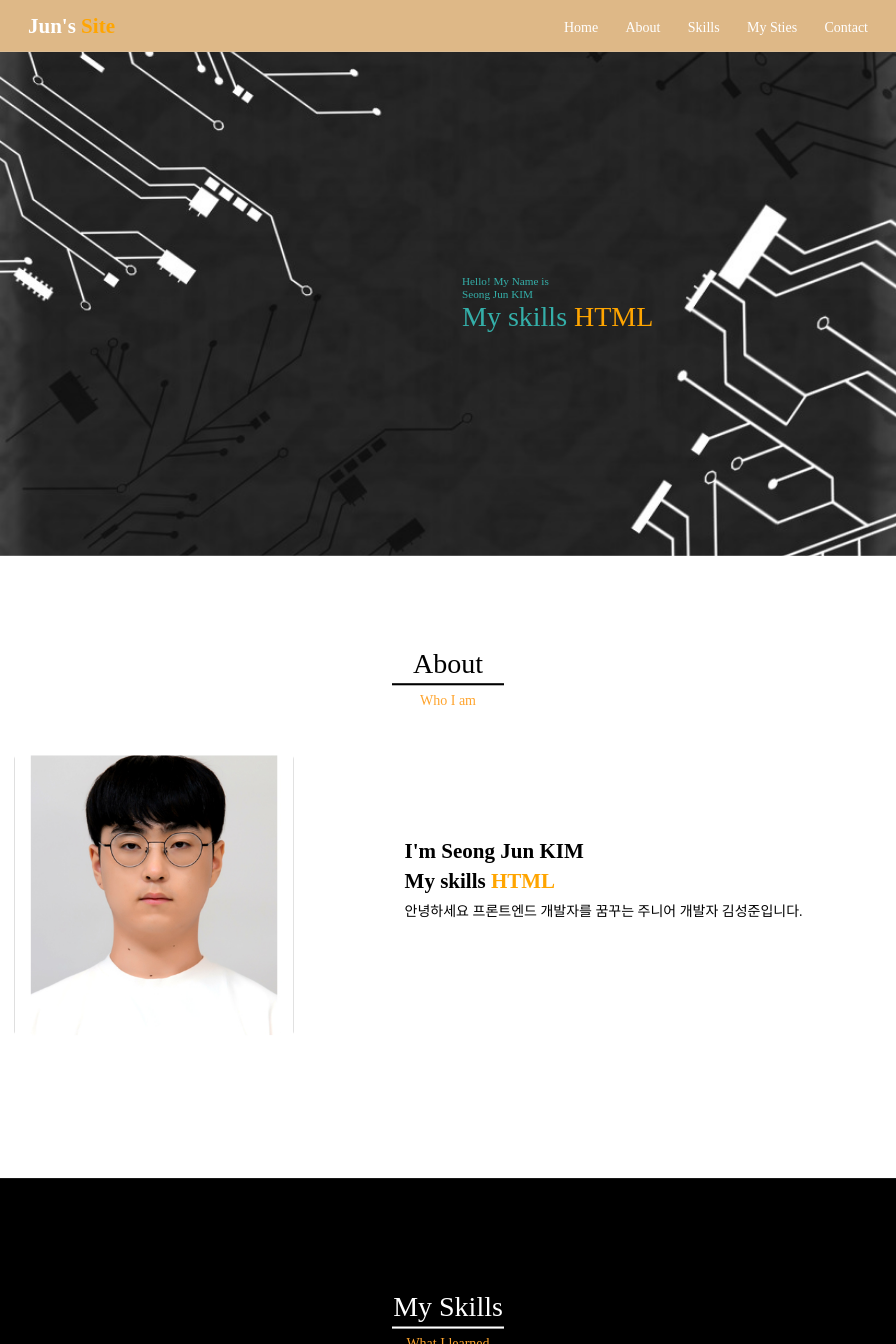
Repository: jun01270/jun
Page: index.html
An editor plug-in stored every save of this project. The page is shown before and after the next save, followed by the edit.
The browser window is 1280 px wide. The pictures show the part of the page from y = 0 to 1920 px (the page is 3823 px tall), at 70% of full size.
Some web libraries are served in a nearby version.

Above is the page before, as saved 2023-05-11 17:49:22.

After the next save:
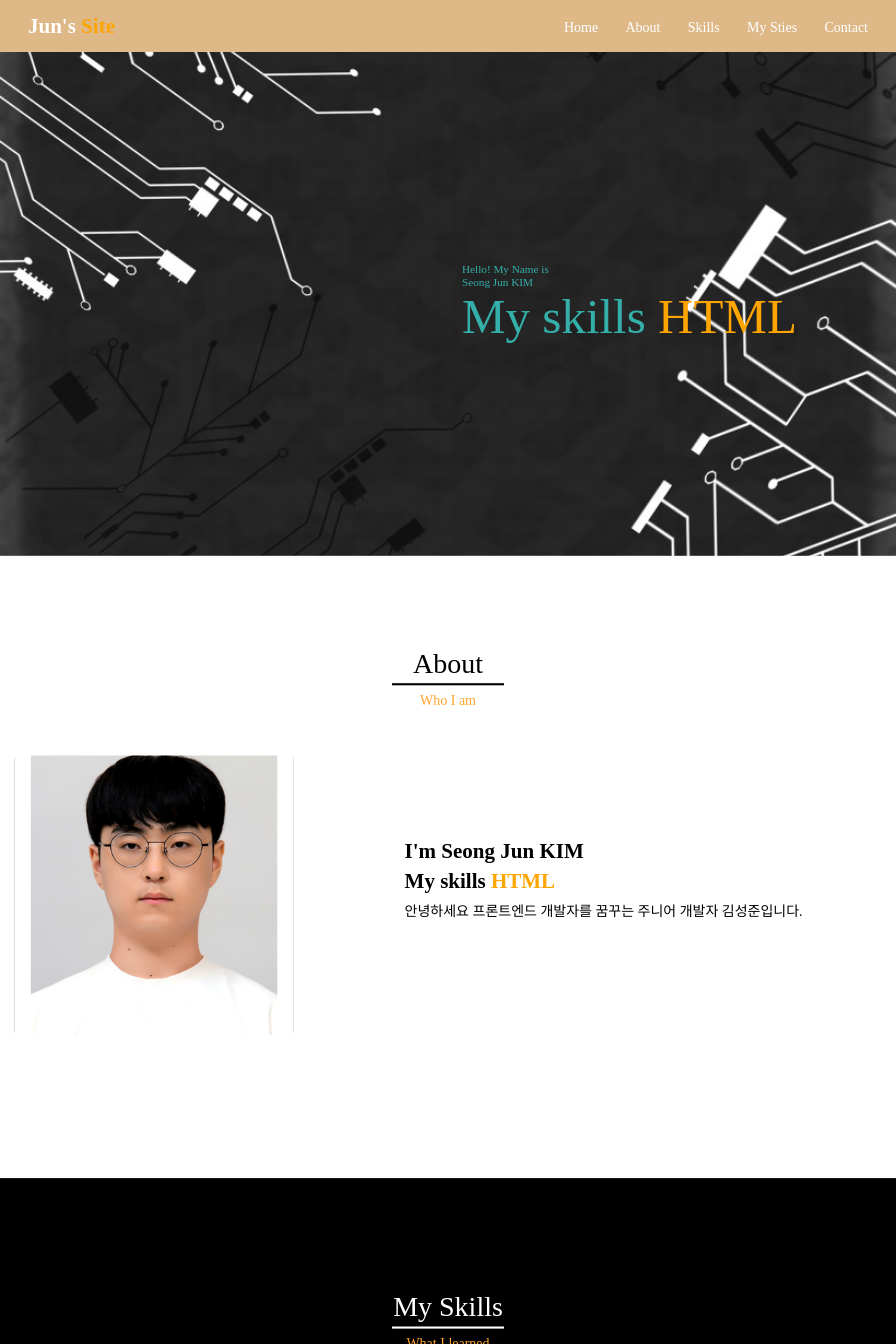
Saved 17 s later.
--- a/css/home.css
+++ b/css/home.css
@@ -16,16 +16,16 @@
 }
 
 .home .home-section .text1 {
-  font-size: 30px;
+  font-size: 60px;
 }
 
 .home .home-section .text2 {
-  font-size: 75px;
+  font-size: 100px;
   font-weight: 600;
 }
 
 .home .home-section .text-3 {
-  font-size: 40px;
+  font-size: 70px;
 }
 
 .home .home-section .text-3 span {
